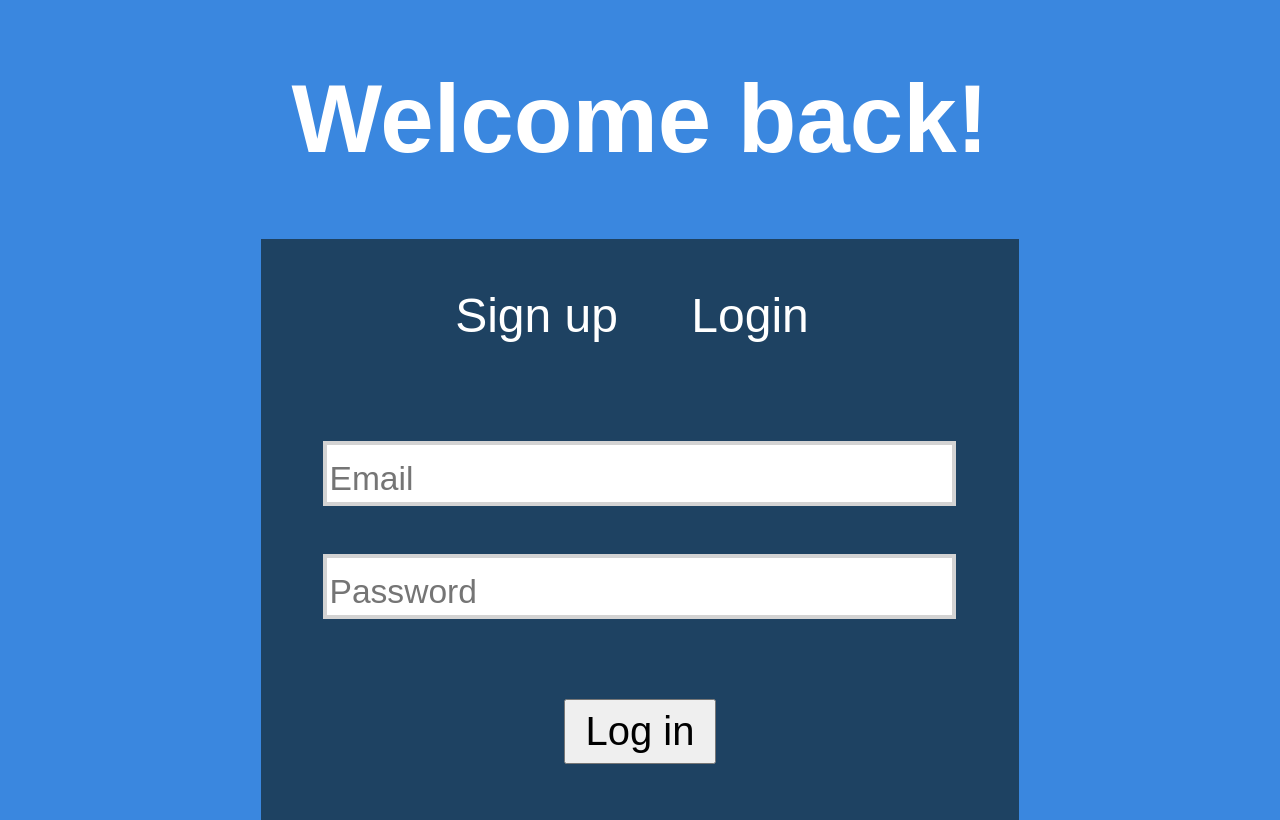
Repository: NicolasssCarlos/basic-flask-login
Page: http://localhost/
These files come from the project's save history. The page is drawn as it stood at one moment and after the next save; the edit follows.
The browser window is 1280 px wide. The pictures show the whole page.
The page is served by the project's application, run on Flask 3 (app.py).

Above is the page before, as saved 2025-06-11 21:02:43.

After the next save:
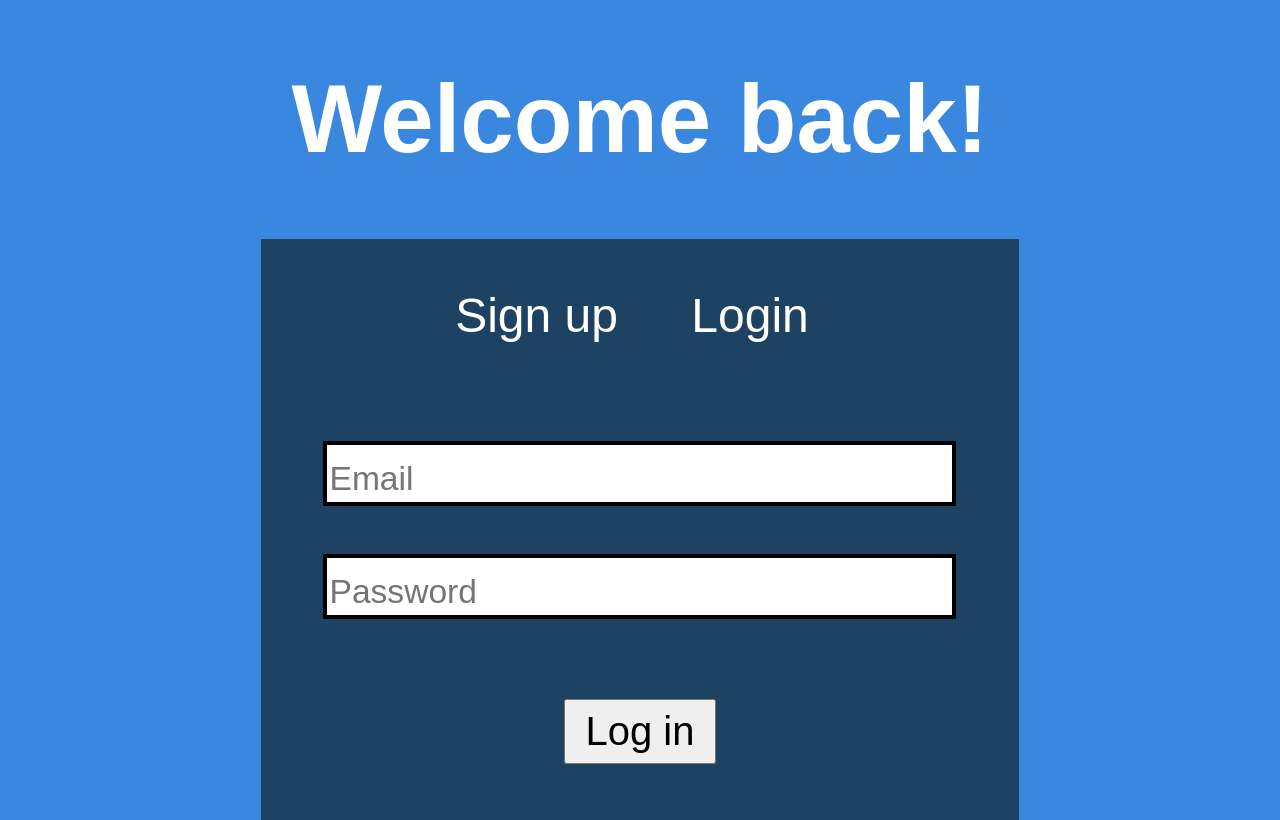
Saved 13 s later.
--- a/static/main.css
+++ b/static/main.css
@@ -102,7 +102,7 @@
     border: solid 0.3rem;
 
 
-    border-color: #d3d3d3;
+    border-color: #;
 }
 
 

After the save that followed:
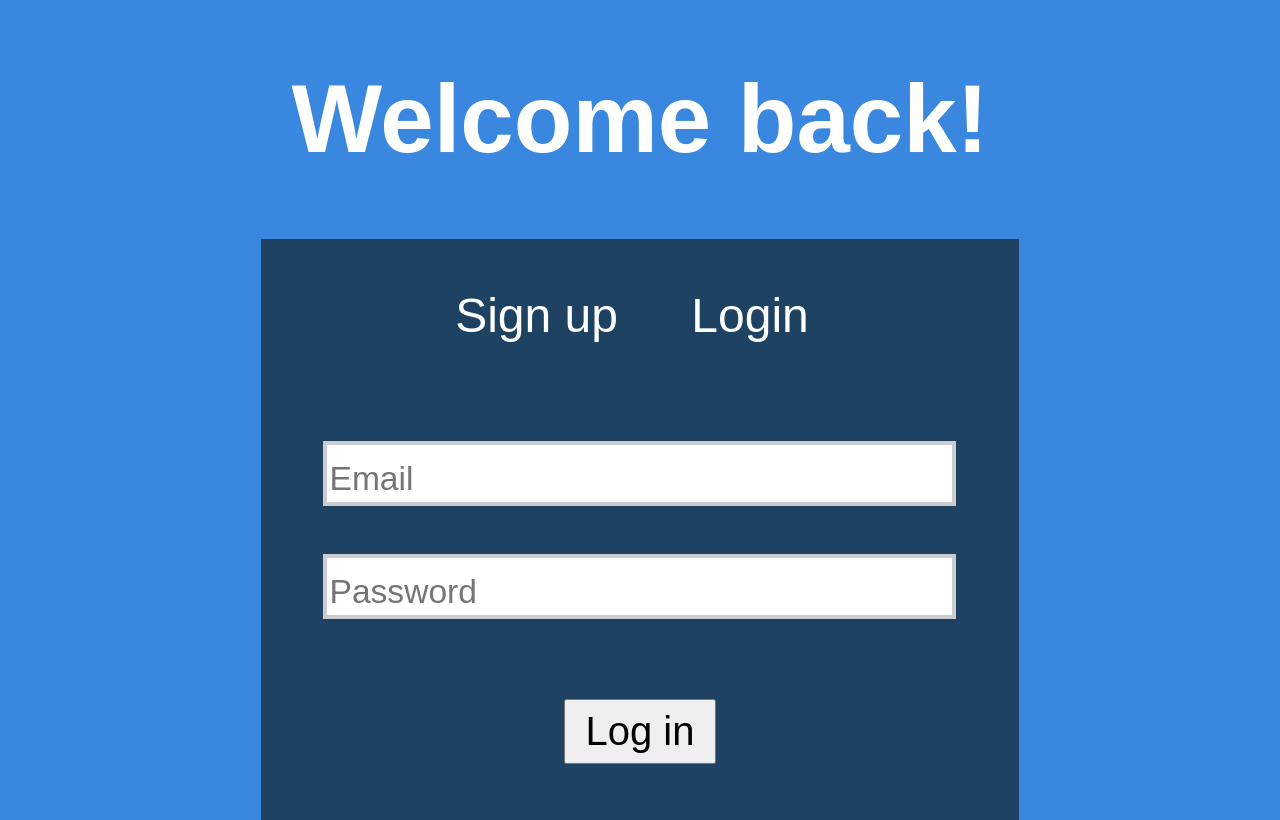
Saved 6 s later.
--- a/static/main.css
+++ b/static/main.css
@@ -102,7 +102,7 @@
     border: solid 0.3rem;
 
 
-    border-color: #;
+    border-color: #cccccc;
 }
 
 
